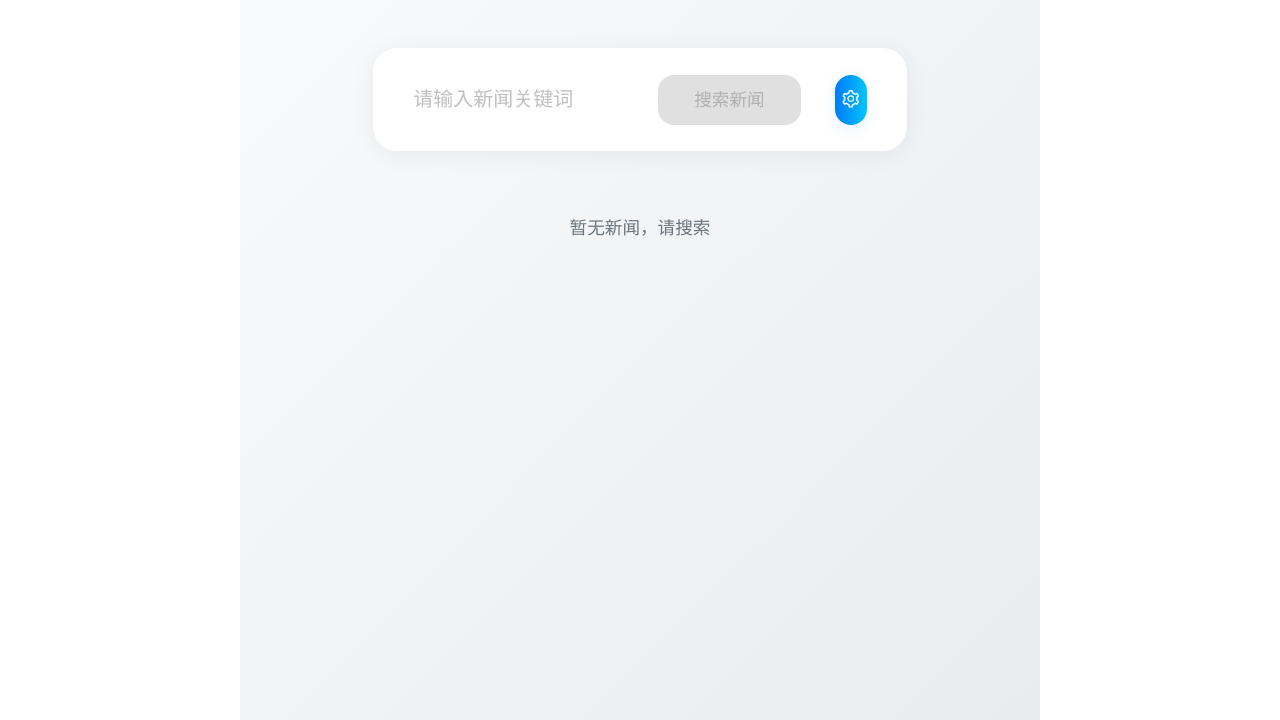
Repository: XJN7197/NewsAssistantBaseMCP
Page: / (app in frontend/)
The author's editor kept a copy of each file at every save. The page is drawn from the files as they stood at one save, then again after the next save.
The browser window is 1280 px wide. The pictures show the whole page.
The project was rebuilt for these pictures with package versions that can differ from the ones it lists, and the page was loaded fresh each time. Also part of the build but not shown: frontend/vite.config.ts.

Above is the page before, as saved 2025-05-23 17:46:37.

After the next save:
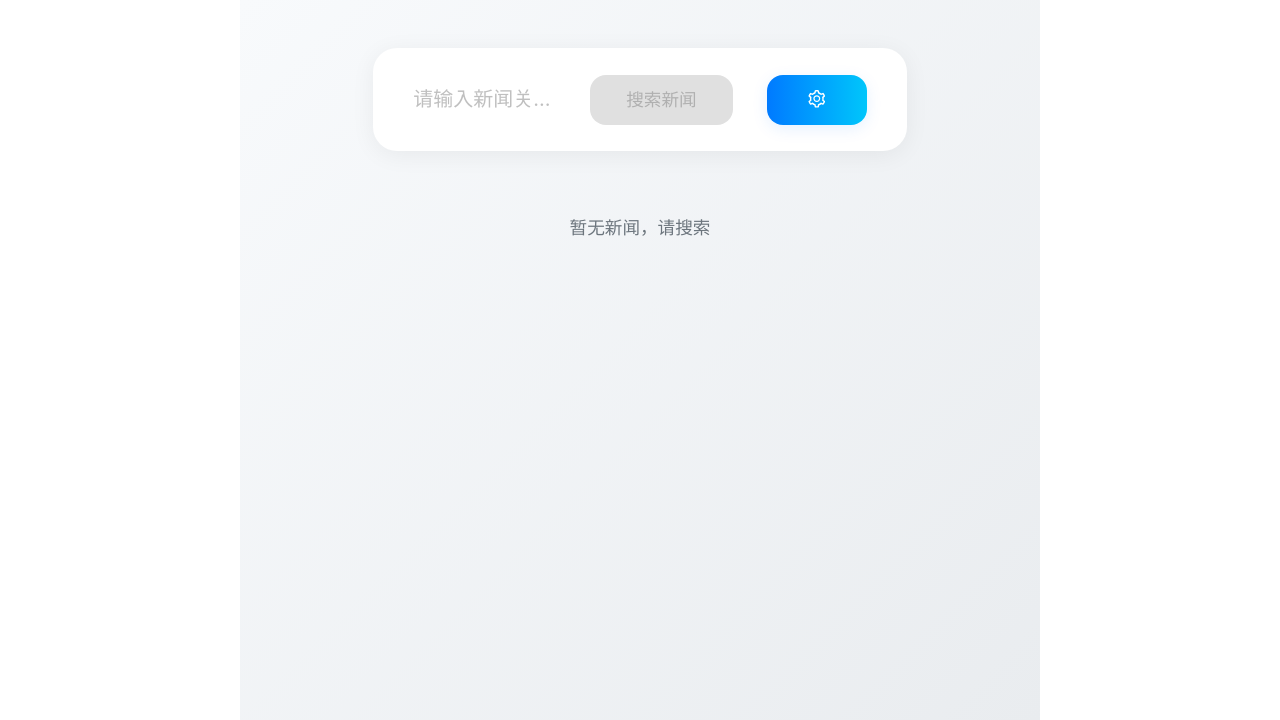
Saved 2 min 25 s later.
--- a/frontend/src/pages/Home.tsx
+++ b/frontend/src/pages/Home.tsx
@@ -256,7 +256,7 @@ const Home: React.FC = () => {
         <AntButton
           icon={<SettingOutlined />}
           onClick={handleSettingsClick}
-          style={{ borderRadius: '16px', padding: '14px', fontSize: '1.1rem', fontWeight: 500 }}
+          style={{ width:'100px',borderRadius: '16px', padding: '14px', fontSize: '1.1rem', fontWeight: 500 }}
         />
       </div>
 
